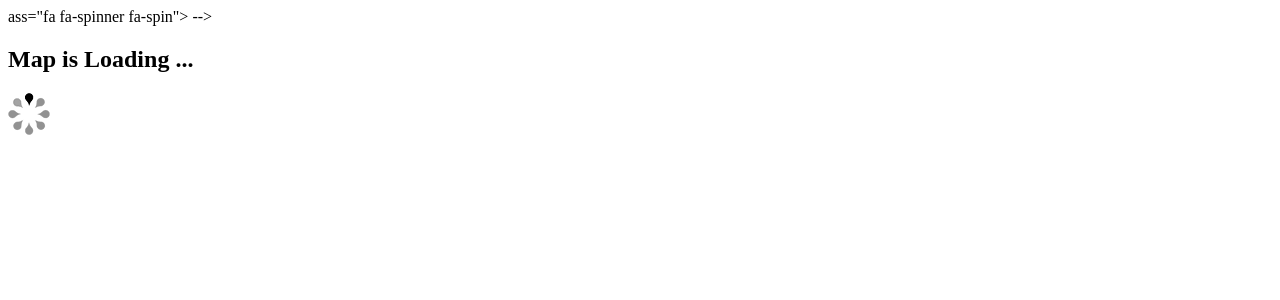
Repository: jodychen/biglotus
Page: public/html/map.html
The author's editor kept a record of every edit. The page is drawn from the files as they stood at one moment, then again after the next edit.
The browser window is 1280 px wide. The pictures show the whole page.

Above is the page before.

### public/html/map.html

<!-- might move to font awesome icons if we need another icon from that library. the ajax loader is only 4kb.
<section id="test" cl
-->ass="fa fa-spinner fa-spin"></section>
-->
<section id="loading" class="hidden">
    <h2>Map is Loading ...</h2>
    <img src="img/open-source/ajax-loader.gif" />
</section>


<div ng-controller="ExampleController">
<ui-gmap-google-map center='map.center' zoom='map.zoom'>

<div ng-controller="geoCtrl" ng-repeat="marker in markers">
  <ui-gmap-marker idKey='marker.id' coords='marker.coords' options='marker.options'></ui-gmap-marker>
</div>

<!--  <ui-gmap-marker idKey='marker1.id' coords='marker1.coords' options='marker1.options'></ui-gmap-marker> -->
<!--  <ui-gmap-marker idKey='marker2.id' coords='marker2.coords' options='marker2.options'></ui-gmap-marker> -->
</ui-gmap-google-map>
</div>
  <!--    <div ng-show="position">
        <<p>{{ position | json }}</p>
        <p>{{ position.coords.latitude }}</p>
        <p>{{ position.coords.longitude }}</p>
      </div>
      <div ng-hide="position">
        <p>{{ message }}</p>
      </div> -->



<!-- <div ng-show="zipCode">
      <p>{{ zipCode }}</p>
      </div>
      <div ng-hide="zipCode">
        <p>{{ message }}</p>
      </div>
    </div>
 -->

After the next edit:
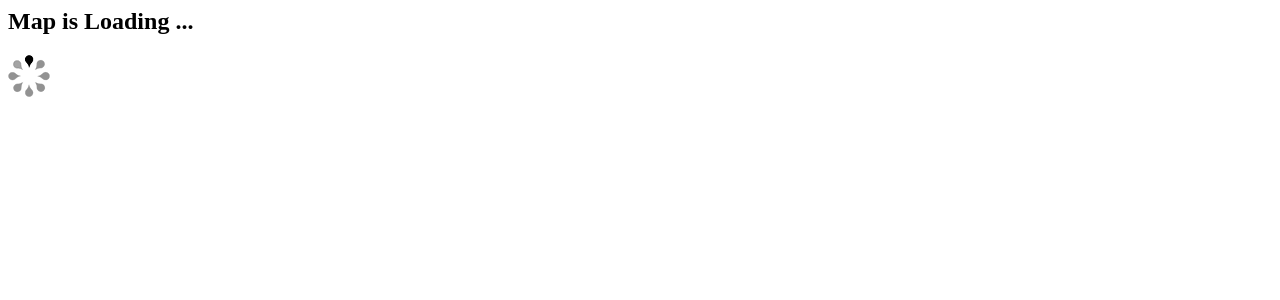
The edit:
--- a/public/html/map.html
+++ b/public/html/map.html
@@ -1,7 +1,6 @@
 
 <!-- might move to font awesome icons if we need another icon from that library. the ajax loader is only 4kb.
-<section id="test" cl
--->ass="fa fa-spinner fa-spin"></section>
+<section id="test" class="fa fa-spinner fa-spin"></section>
 -->
 <section id="loading" class="hidden">
     <h2>Map is Loading ...</h2>
